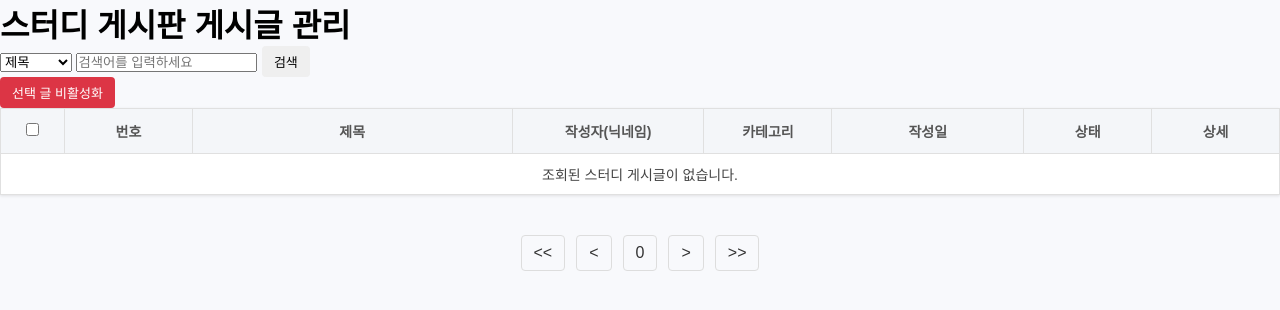
Repository: virtue5321/itgoupgo
Page: http://localhost/ITGOUPGO/WEB-INF/views/admin/studyBbsManage.jsp
An editor plug-in stored every save of this project. The page is shown before and after the next save, followed by the edit.
The browser window is 1280 px wide. The pictures show the whole page.
The page is served by Tomcat 10. Nobody is signed in. Other server files are loaded and not shown. The template is opened directly, without the code that normally fills it, so the values that code supplies are empty.

Above is the page before, as saved 2025-10-31 04:45:51.

### ITGOUPGO/src/main/webapp/WEB-INF/views/admin/studyBbsManage.jsp
<%@ page language="java" contentType="text/html; charset=UTF-8" pageEncoding="UTF-8"%>
<%@ taglib prefix="c" uri="jakarta.tags.core" %>
<%@ taglib prefix="fmt" uri="http://java.sun.com/jsp/jstl/fmt" %>

<!DOCTYPE html>

<html lang="ko">
<head>
    <meta charset="UTF-8">
    <title>관리자 - 스터디 게시판 관리</title>
    <link rel="stylesheet" href="<c:url value="/resources/css/adminStyle.css" />">
    <style>
        /* 💡 스타일은 noticeManage.jsp와 동일합니다 */
        .pagination-container {
            display: flex;
            justify-content: center;
            padding: 20px 0;
            gap: 5px;
        }
        .pagination-container a, .pagination-container span {
            padding: 8px 12px;
            text-decoration: none;
            color: #333;
            border: 1px solid #ddd;
            border-radius: 4px;
            transition: background-color 0.3s;
        }
        .pagination-container a:hover {
            background-color: #f0f0f0;
        }
        .pagination-container .active {
            background-color: #5a5ce8;
            color: white;
            border-color: #5a5ce8;
        }
        .status-text.deleted {
            color: red;
            font-weight: bold;
        }
        /* [추가] 삭제된 게시글 행 스타일 */
        .deleted-post {
            background-color: #f8f8f8;
            color: #999;
        }
        .deleted-post a, .deleted-post .status-text {
            color: #999 !important;
        }
    </style>
</head>
<body>

    <div class="admin-container">
        <h1 class="main-title">스터디 게시판 게시글 관리</h1>

        <div class="search-area">
            <form action="searchStudy" method="GET" onsubmit="return validateSearch(this);">
                <select name="condition" class="search-select">
                    <option value="title">제목</option>
                    <option value="content">내용</option>
                    <option value="writer">작성자</option>
                    <option value="category">카테고리</option>
                </select>
                <input type="text" name="keyword" class="search-input" placeholder="검색어를 입력하세요">
                <button type="submit" class="btn btn-search">검색</button>
            </form>
            <button class="btn btn-danger" onclick="deleteCheckedPosts()">선택 글 비활성화</button>
        </div>

        <form action="<c:url value="/admin/deleteStudyBbsCheck" />" method="POST" id="postManageForm">
            <table class="data-table">
                <thead>
                    <tr>
                        <th style="width: 5%;">
                            <input type="checkbox" id="selectAllCheckboxPost">
                        </th>
                        <th style="width: 10%;">번호</th>
                        <th>제목</th>
                        <th style="width: 15%;">작성자(닉네임)</th>
                        <th style="width: 10%;">카테고리</th>
                        <th style="width: 15%;">작성일</th>
                        <th style="width: 10%;">상태</th>
                        <th style="width: 10%;">상세</th>
                    </tr>
                </thead>
                <tbody>
                    <c:choose>
                        <c:when test="${!empty studyBbsList}">
                            <c:forEach var="post" items="${studyBbsList}">
                                <tr class="${post.studyDeleteStatus eq 'Y' ? 'deleted-post' : ''}">
                                    <td>
                                        <input type="checkbox" class="itemCheckboxPost" name="bbsNoList" value="${post.studyNo}"
                                               <c:if test="${post.studyDeleteStatus eq 'Y'}">disabled</c:if>>
                                    </td>
                                    <td>${post.studyNo}</td>
                                    <td class="text-left">
                                        <c:choose>
                                            <c:when test="${post.studyDeleteStatus eq 'Y'}">
                                                <span class="status-text deleted">[삭제됨]</span> ${post.studyTitle}
                                            </c:when>
                                            <c:otherwise>
                                                <a href="<c:url value="/study/detail?no=${post.studyNo}" />" class="title-link" target="_blank">
                                                    ${post.studyTitle}
                                                </a>
                                            </c:otherwise>
                                        </c:choose>
                                    </td>
                                    <td>${post.memberNick}</td>
                                    <td>${post.studyCategory}</td>
                                    <td><fmt:formatDate value="${post.studyCreateDate}" pattern="yyyy.MM.dd" /></td>
                                    <td>
                                        <span class="status-text ${post.studyDeleteStatus eq 'Y' ? 'deleted' : 'active'}">
                                            ${post.studyDeleteStatus eq 'Y' ? '[비활성]' : '[활성]'}
                                        </span>
                                    </td>
                                    <td>
                                        <button class="btn btn-sm btn-danger"
                                                onclick="deleteSinglePost(${post.studyNo})"
                                                <c:if test="${post.studyDeleteStatus eq 'Y'}">disabled</c:if>>
                                            삭제
                                        </button>
                                    </td>
                                </tr>
                            </c:forEach>
                        </c:when>
                        <c:otherwise>
                            <tr>
                                <td colspan="8">조회된 스터디 게시글이 없습니다.</td>
                            </tr>
                        </c:otherwise>
                    </c:choose>
                </tbody>
            </table>
        </form>

        <div class="pagination-container">
            <c:set var="pi" value="${pageInfo}"/>
            <c:set var="pageLinkUrl" value="/admin/studyBbsManage" />

            <c:choose><c:when test="${pi.currentPage le 1}"><span class="disabled">&lt;&lt;</span></c:when><c:otherwise><a href="<c:url value="${pageLinkUrl}" />?currentPage=1">&lt;&lt;</a></c:otherwise></c:choose>
            <c:choose><c:when test="${pi.currentPage le 1}"><span class="disabled">&lt;</span></c:when><c:otherwise><a href="<c:url value="${pageLinkUrl}" />?currentPage=${pi.currentPage - 1}">&lt;</a></c:otherwise></c:choose>

            <c:forEach begin="${pi.startPage}" end="${pi.endPage}" var="p">
                <c:choose><c:when test="${pi.currentPage eq p}"><span class="active">${p}</span></c:when><c:otherwise><a href="<c:url value="${pageLinkUrl}" />?currentPage=${p}">${p}</a></c:otherwise></c:choose>
            </c:forEach>

            <c:choose><c:when test="${pi.currentPage eq pi.maxPage || pi.maxPage eq 0}"><span class="disabled">&gt;</span></c:when><c:otherwise><a href="<c:url value="${pageLinkUrl}" />?currentPage=${pi.currentPage + 1}">&gt;</a></c:otherwise></c:choose>
            <c:choose><c:when test="${pi.currentPage eq pi.maxPage || pi.maxPage eq 0}"><span class="disabled">&gt;&gt;</span></c:when><c:otherwise><a href="<c:url value="${pageLinkUrl}" />?currentPage=${pi.maxPage}">&gt;&gt;</a></c:otherwise></c:choose>
        </div>
    </div>

    <script>
        function validateSearch(form) {
            const keyword = form.keyword.value.trim();
            if (keyword === "") {
                alert("검색어를 입력해주세요.");
                return false;
            }
            return true;
        }

        function deleteCheckedPosts() {
            // [수정된 로직] 삭제되지 않은 (disabled가 아닌) 게시글의 체크박스만 선택하도록 수정
            const selectedCheckboxes = document.querySelectorAll('.itemCheckboxPost:checked:not(:disabled)');

            if (selectedCheckboxes.length === 0) {
                alert("삭제할 게시글을 하나 이상 선택해주세요. (이미 삭제된 게시글 제외)");
                return;
            }

            if (confirm(`선택된 게시글 ${selectedCheckboxes.length}개를 정말로 비활성화(삭제 처리)하시겠습니까?`)) {
                const formElement = document.getElementById('postManageForm');
                // 기존에 추가했던 hidden input 제거
                formElement.querySelectorAll('input[name="bbsNoList"]').forEach(input => input.remove());
                // 선택된 게시글 번호를 hidden input으로 추가
                selectedCheckboxes.forEach(checkbox => {
                    const hiddenInput = document.createElement('input');
                    hiddenInput.type = 'hidden';
                    hiddenInput.name = 'bbsNoList'; // Controller의 @RequestParam 이름과 일치
                    hiddenInput.value = checkbox.value;
                    formElement.appendChild(hiddenInput);
                });
                formElement.submit();
            }
        }

        // 단일 게시글 삭제 함수
        function deleteSinglePost(studyNo) {
            if (confirm(`${studyNo}번 게시글을 정말 삭제(비활성화) 처리하시겠습니까?`)) {
                location.href = "<c:url value="/admin/deleteStudyBbs" />?studyNo=" + studyNo;
            }
        }

        document.addEventListener('DOMContentLoaded', (event) => {
            const selectAllCheckbox = document.getElementById('selectAllCheckboxPost');
            // 삭제된 게시글 제외한 체크박스만 대상으로 함
            const itemCheckboxes = document.querySelectorAll('.itemCheckboxPost:not(:disabled)');

            if (selectAllCheckbox) {
                selectAllCheckbox.addEventListener('change', function() {
                    itemCheckboxes.forEach(checkbox => {
                        checkbox.checked = this.checked;
                    });
                });
            }

            itemCheckboxes.forEach(checkbox => {
                checkbox.addEventListener('change', () => {
                    const checkedItems = document.querySelectorAll('.itemCheckboxPost:checked:not(:disabled)').length;
                    const totalItems = itemCheckboxes.length;

                    if (!checkbox.checked) {
                        if (selectAllCheckbox) selectAllCheckbox.checked = false;
                    } else if (checkedItems === totalItems) {
                        if (selectAllCheckbox) selectAllCheckbox.checked = true;
                    }
                });
            });
        });
    </script>

</body>
</html>

### ITGOUPGO/src/main/webapp/resources/css/adminStyle.css
* {
  margin: 0;
  padding: 0;
  box-sizing: border-box;
  font-family: "Noto Sans KR", sans-serif;
}

body {
  display: flex;
  flex-direction: column;
  height: 100vh;
  background-color: #f8f9fc;
}

/* -------------------- 1. 헤더 (로고 크기 조정 포함) -------------------- */
header {
  display: flex;
  align-items: center;
  justify-content: start;
  height: 60px;
  background-color: #ffffff;
  border-bottom: 1px solid #e0e0e0;
  padding: 0 20px;
}

header .logo {
  display: flex;
  align-items: center;
  gap: 10px;
  font-weight: 700;
  font-size: 18px;
  color: #5a5ce8;
}

header .logo img {
  width: 150px;
  height: auto;
  vertical-align: middle;
}

/* -------------------- 2. 레이아웃 및 사이드바 -------------------- */
.layout {
  flex: 1;
  display: flex;
  overflow: hidden;
}

/* 사이드바 */
aside.sidebar {
  width: 240px;
  background: #fff;
  border-right: 1px solid #eee;
  display: flex;
  flex-direction: column;
  align-items: center;
  padding-top: 20px;
}

.sidebar ul {
  list-style: none;
  width: 100%;
  padding: 0;
  margin: 0;
}

.sidebar li {
  width: 100%;
  text-align: left;
  position: relative;
}

.sidebar a {
  display: flex;
  align-items: center;
  gap: 10px;
  width: 100%;
  padding: 12px 25px;
  font-size: 15px;
  color: #333;
  text-decoration: none;
  cursor: pointer;
  transition: background 0.2s, color 0.2s;
}

/* 마우스 오버 시 효과 */
.sidebar a:hover {
  background-color: #f3f4f6;
  color: #5a5ce8;
}

/* 활성화된 항목 스타일 */
.sidebar a.active {
  background-color: #eaeaff;
  color: #5a5ce8;
  font-weight: 600;
}

/* -------------------- 3. 메인 콘텐츠 및 푸터 -------------------- */
main {
  flex: 1;
  padding: 30px;
  overflow-y: auto;
}

main h1 {
  font-size: 28px;
  font-weight: 700;
  margin-bottom: 15px;
}

/* 푸터 */
footer {
  height: 50px;
  background-color: #ffffff;
  border-top: 1px solid #e0e0e0;
  display: flex;
  align-items: center;
  justify-content: center;
  color: #888;
  font-size: 14px;
}


/* -------------------- 4. 테이블 및 버튼 스타일 -------------------- */
table {
    width: 100%;
    border-collapse: collapse;
    background: white;
    box-shadow: 0 1px 3px rgba(0,0,0,0.1);
}

table th {
    background-color: #f4f6f9;
    color: #555;
    font-weight: 600;
    padding: 12px 10px;
    border: 1px solid #e0e0e0;
    text-align: center;
    font-size: 14px;
}

table td {
    padding: 10px;
    border: 1px solid #e0e0e0;
    text-align: center;
    font-size: 14px;
    color: #444;
}

table tbody tr:nth-child(even) {
    background-color: #fcfdff;
}
table tbody tr:hover {
    background-color: #f0f7ff;
}

table td a {
    color: #5a5ce8;
    text-decoration: none;
}
table td a:hover {
    text-decoration: underline;
}

.btn {
    padding: 6px 12px;
    border-radius: 4px;
    cursor: pointer;
    font-size: 13px;
    font-weight: 500;
    border: none;
    transition: background-color 0.2s;
}

.btn-danger {
    background-color: #dc3545;
    color: white;
}
.btn-danger:hover {
    background-color: #c82333;
}

/* 페이지네이션 스타일 */
.pagination-container {
    margin-top: 20px;
    text-align: center;
}
.pagination-container a, .pagination-container span {
    display: inline-block;
    text-decoration: none;
    padding: 8px 12px;
    border: 1px solid #ccc;
    border-radius: 4px;
    margin: 0 3px;
    color: #5a5ce8;
}
.pagination-container .active {
    background: #5a5ce8;
    color: white;
    border-color: #5a5ce8;
    font-weight: 600;
}
.pagination-container a:hover:not(.active) {
    background-color: #f3f4f6;
}

/* -------------------- 5. 드롭다운 서브메뉴 스타일 (수정됨) -------------------- */

.submenu {
    list-style: none;
    padding-left: 0;
    margin: 0;
    max-height: 0;
    overflow: hidden;
    transition: max-height 0.3s ease-out;
    background-color: #FFFFFF; /* ✅ [수정] 배경색 흰색으로 변경 */
    border-top: 1px solid #eee; /* 드롭다운 시작 선 */
    border-bottom: 1px solid #eee; /* 드롭다운 끝 선 */
    box-shadow: 0 2px 3px rgba(0,0,0,0.05); /* 약간의 그림자 추가 */
}

.sidebar ul li.menu-open .submenu {
    max-height: 500px;
    transition: max-height 0.5s ease-in;
}

/* 서브 메뉴 li 항목에 하단 선 추가 */
.submenu li {
    border-bottom: 1px solid #f0f0f0; /* ✅ [추가] 각 항목 구분선 */
}
.submenu li:last-child {
    border-bottom: none; /* 마지막 항목의 구분선 제거 */
}


.submenu a {
    padding: 10px 25px 10px 35px;
    font-size: 13px; /* ✅ [수정] 글자 크기 작게 변경 */
    color: #555; /* 글자색은 진한 회색으로 변경 */
    gap: 0;
}

.submenu a:hover {
    color: #5a5ce8; /* 호버 시 메인 강조색 */
    background-color: #f3f4f6; /* 메인 메뉴 호버색과 통일 */
}

/* 활성화된 서브 메뉴 링크: 메인 활성화 색상과 동일한 원리로 설정 */
.submenu a.sub-active {
    color: #5a5ce8;
    font-weight: 600;
    background-color: #eaeaff; /* 메인 활성화 배경색과 통일 */
    border-left: 3px solid #5a5ce8; /* 강조를 위한 왼쪽 선 추가 */
    padding-left: 32px; /* 왼쪽 선 추가로 인해 들여쓰기 조정 */
}

After the next save:
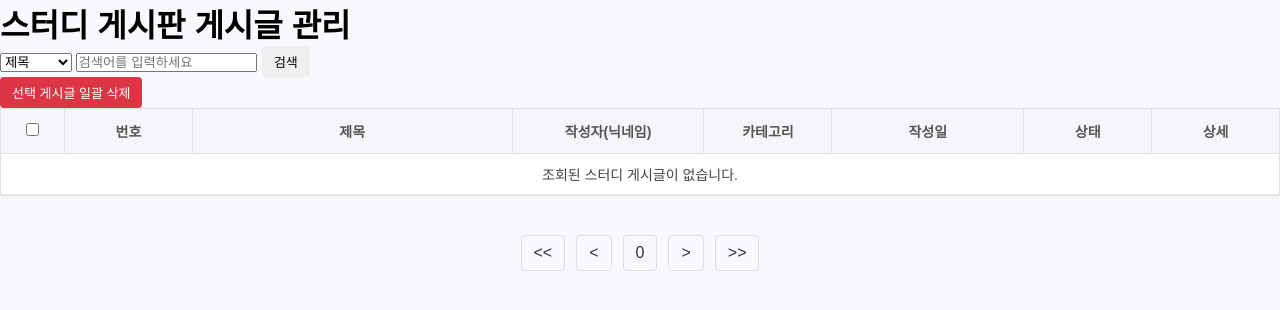
Saved 1 s later.
--- a/ITGOUPGO/src/main/webapp/WEB-INF/views/admin/studyBbsManage.jsp
+++ b/ITGOUPGO/src/main/webapp/WEB-INF/views/admin/studyBbsManage.jsp
@@ -63,7 +63,7 @@
                 <input type="text" name="keyword" class="search-input" placeholder="검색어를 입력하세요">
                 <button type="submit" class="btn btn-search">검색</button>
             </form>
-            <button class="btn btn-danger" onclick="deleteCheckedPosts()">선택 글 비활성화</button>
+            <button class="btn btn-danger" onclick="deleteCheckedPosts()">선택 게시글 일괄 삭제</button>
         </div>
 
         <form action="<c:url value="/admin/deleteStudyBbsCheck" />" method="POST" id="postManageForm">
